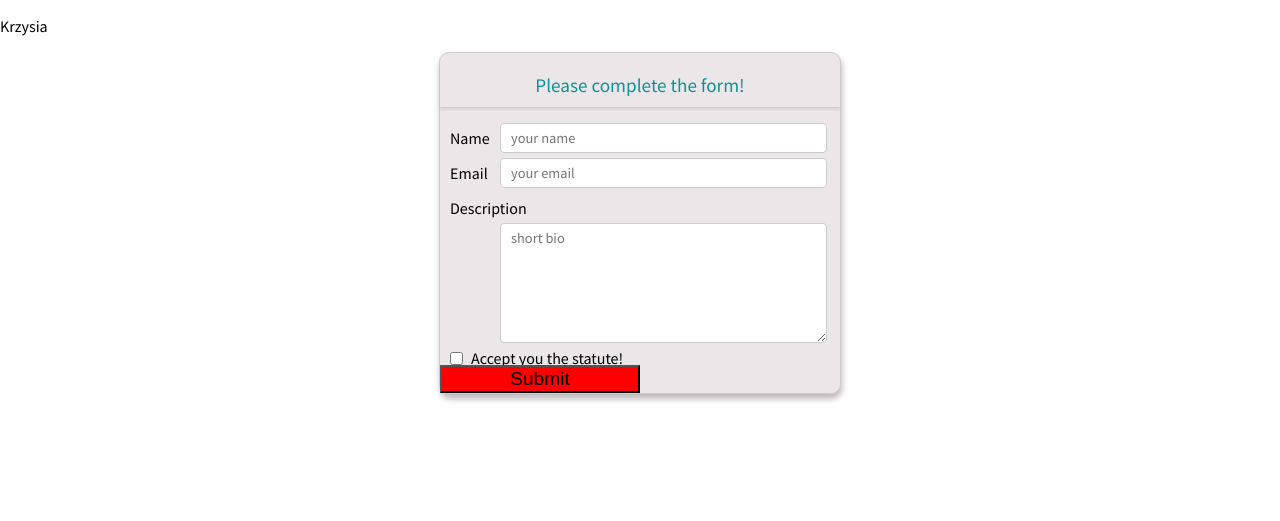
Repository: KrzysKolo/sr_tydzien4_zad2
Page: /
The author's editor kept a copy of each file at every save. The page is drawn from the files as they stood at one save, then again after the next save.
The browser window is 1280 px wide. The pictures show the whole page.
The project was rebuilt for these pictures with package versions that can differ from the ones it lists, and the page was loaded fresh each time. Also part of the build but not shown: src/components/formComponents/ErrorMessage.js, src/components/formComponents/Message.js.

Above is the page before, as saved 2020-11-27 22:12:03.

After the next save:
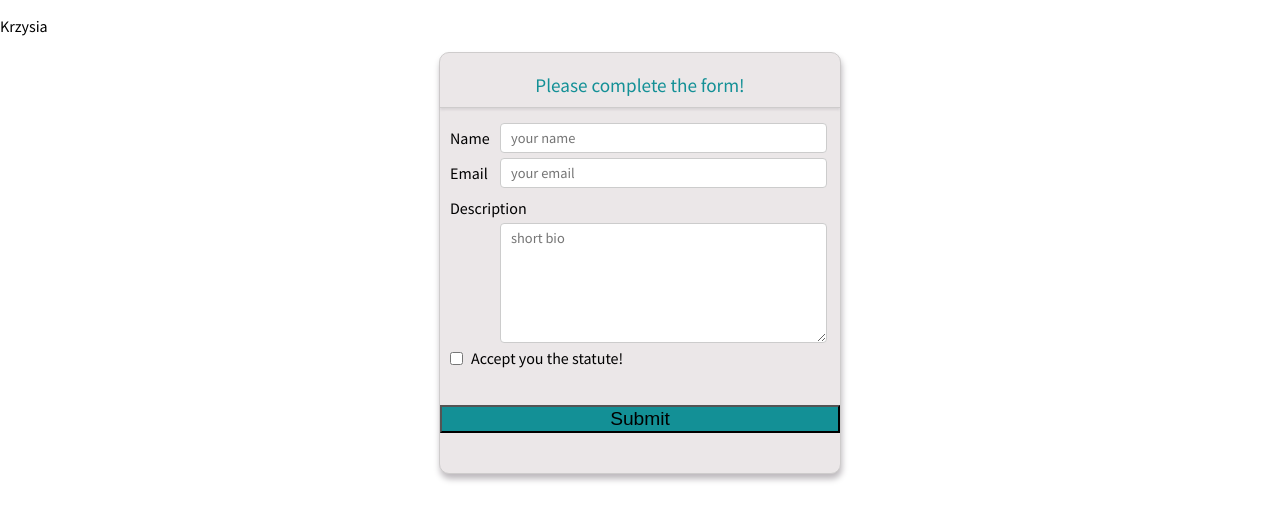
Saved 112 s later.
--- a/src/components/formComponents/Button.js
+++ b/src/components/formComponents/Button.js
@@ -2,8 +2,9 @@ import React from 'react'
 import styled from 'styled-components';
 
 const BtnSubmit = styled.button`
- width: 200px;
- background: red;
+margin: 10% auto;
+ width: 100%;
+ background: rgb(19, 144, 150);
  font-size: 1.2rem;
 `;
 
